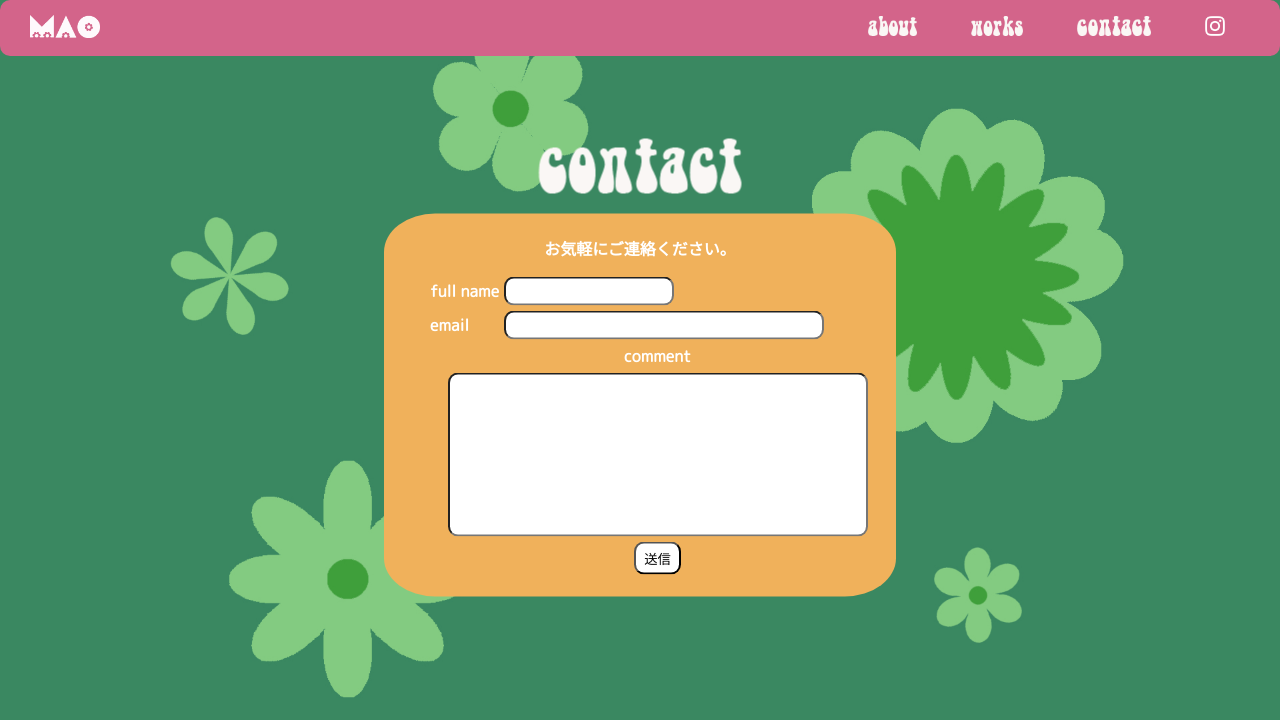
Repository: HarashimaMao/portfolio
Page: contact.html
The author's editor kept a record of every edit. The page is drawn from the files as they stood at one moment, then again after the next edit.
The browser window is 1280 px wide. The pictures show the whole page.

Above is the page before.

### contact.html
<!DOCTYPE html>
<html lang ="ja">
    <head>
        <meta charset="utf-8">
        <title>HarashimaMao</title>
        <style>
          body {
              margin: 0;
              background-image: url(images/my_home_page4.jpg);
              background-size: cover;
          }

          .header {
              width: 100%;
              display: flex;
              background-color: #D3648A;
              justify-content: space-between;
              border-radius: 10px;
          }

          .header-logo {
              margin-top: 15px;
              margin-left: 30px;
          }

          ul {
              list-style: none;
              margin-right: 5px;

          }

          li {
              display: inline-block;
              margin-right: 50px;
          }

          .main {
              color: #FFF;
              font-family: "M PLUS Rounded 1c";
              text-align: center;
          }

          .main img {
              position: absolute;
              top: 23%;
              margin-right: -50%;
              transform: translate(-50%,-50%)

          }

          .container {
              font-weight: 700;
              margin: 0;
              position: absolute;
              top: 50%;
              left: 50%;
              margin-right: -50%;
              transform: translate(-50%,-50%)
          }

          .square {
              margin-top: 90px;
              position: relative;
              width: 500px;
              padding: 6px;
              background: #F0B15B;
              border-radius: 10%;
          }

          form li {
              display: flex;
              align-items: center;
              lfex-derectiom: column;
          }


          .username {
              border-radius: 10px;
              padding: 5px 8px;
          }

          input.username {
              width: 150px;
              margin-left: 5px;

          }

          .email {
              border-radius: 10px;
              padding: 5px 8px;
              margin: 5px;
          }

          input.email {
              width: 300px;
              margin-left: 35px;
          }

          .comment {
              outline-color: #FFF;
              border-radius: 10px;
              padding: 5px 8px;
              margin: 5px;
          }

          input.comment {
              width: 400px;
              height: 150px;
              margin: 5px;
          }

          .btn {
              border-radius: 10px;
              padding: 5px 8px;
              background-color: #FFF;
          }

        </style>
        <link href="https://fonts.googleapis.com/css?family=M+PLUS+Rounded+1c" rel="stylesheet">
    </head>

    <body>
        <div class="header">
            <div class="header-logo">
                <a href="top.html"><img src="images/MAOlogo.png" width="70px"></a>
            </div>
            <div class="header-list">
                <ul>
                    <li><a href="about.html"><img src="images/about.png" alt="about" height="20px"></a></li>
                    <li><a href="works.html"><img src="images/works.png" alt="works" height="20px"></a></li>
                    <li><a href="contact.html"><img src="images/contact.png" alt="contact" height="20px"></a></li>
                    <li><a href="https://www.instagram.com/mao_yz/?hl=en"><img src="images/insta.png" alt="insta" height="20px"></a></li>
                </ul>
            </div>
        </div>

        <div class="main">
            <img src="images/contact.png" alt="contact">

            <div class="container">
            <div class="square">
                <p>お気軽にご連絡ください。</p>
                <form>
                    <ul>
                        <li>full name<input type="text" class="username"/></li>
                        <li>email<input type="text" class="email" /></li>
                    comment<input type="text" class="comment" /></li>
                    <input type="button" value="送信" class="btn"/>

                </form>
            </div>
            </div>
        </div>

        <script src="jquery-3.6.0.min.js"></script>
        <script>
             $(function(){
                $('.header').hover(
                    function(){
                        $(this).animate({
                            'font-size':'20px'
                        });
                    },
                    function(){
                        $(this).animate({
                            'font-size':'16px'
                        });
                    });
            });
        </script>
    </body>
</html>

Loaded but not shown: jquery-3.6.0.min.js (library)

After the next edit:
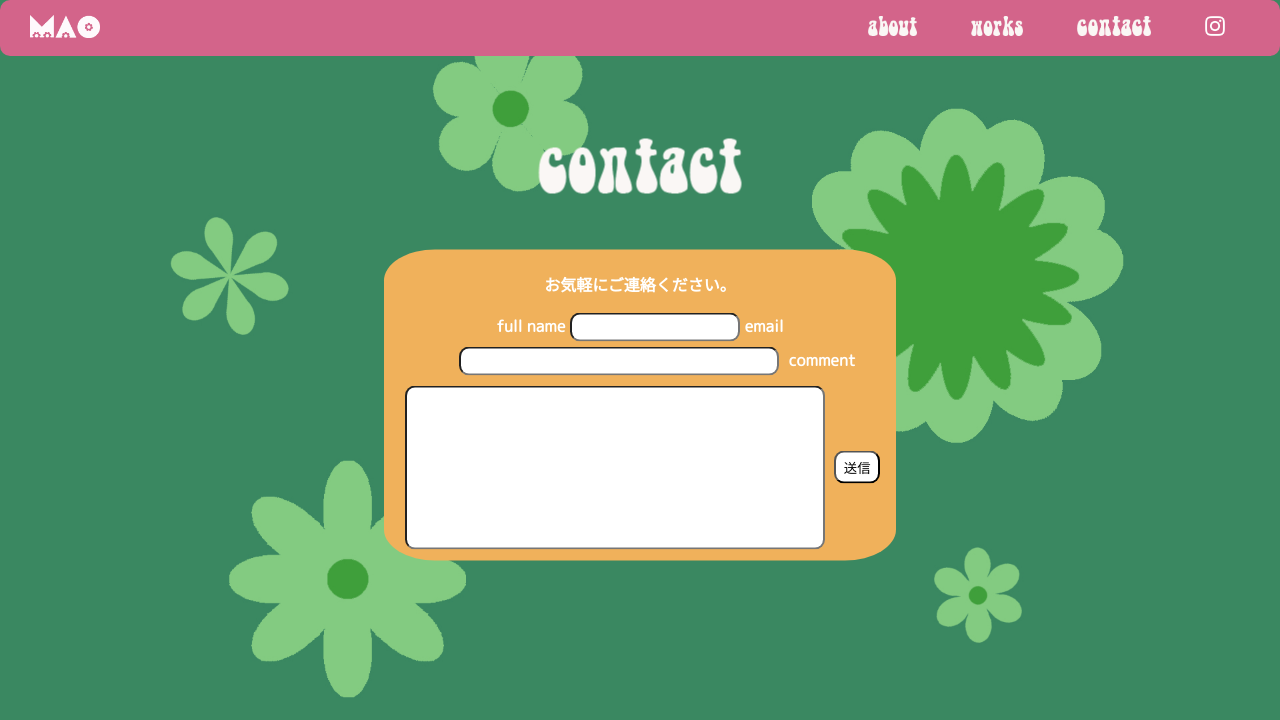
The edit:
--- a/contact.html
+++ b/contact.html
@@ -141,9 +141,8 @@
             <div class="square">
                 <p>お気軽にご連絡ください。</p>
                 <form>
-                    <ul>
-                        <li>full name<input type="text" class="username"/></li>
-                        <li>email<input type="text" class="email" /></li>
+                    full name<input type="text" class="username"/></li>
+                    email<input type="text" class="email" /></li>
                     comment<input type="text" class="comment" /></li>
                     <input type="button" value="送信" class="btn"/>
 
